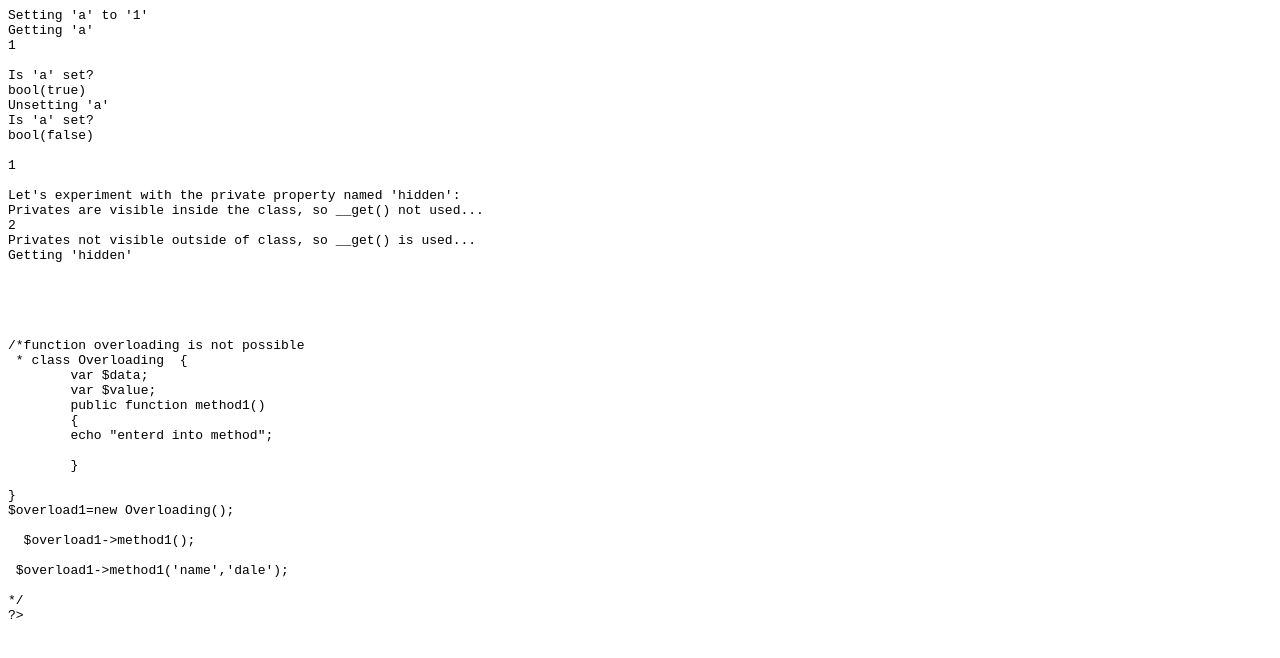
Repository: jyotsna1234/bugappmvc
Page: http://localhost/overloading.php
These files come from the project's save history. The page is drawn as it stood at one moment and after the next save; the edit follows.
The browser window is 1280 px wide. The pictures show the whole page.
The page is run by PHP 8.4 with error messages shown; the project is at /var/www/html/.

Above is the page before, as saved 2014-04-09 04:00:26.

### oops_php/overloading.php
<?php

 ini_set('displayerror', 1);

class PropertyTest
{
    /**  Location for overloaded data.  */
    private $data = array();

    /**  Overloading not used on declared properties.  */
    public $declared = 1;

    /**  Overloading only used on this when accessed outside the class.  */
    private $hidden = 2;

    public function __set($name, $value)
    {
        echo "Setting '$name' to '$value'\n";
        $this->data[$name] = $value;
    }

    public function __get($name)
    {
        echo "Getting '$name'\n";
        if (array_key_exists($name, $this->data)) {
            return $this->data[$name];
        }

        return null;
    }

    /**  As of PHP 5.1.0  */
    public function __isset($name)
    {
        echo "Is '$name' set?\n";
        return isset($this->data[$name]);
    }

    /**  As of PHP 5.1.0  */
    public function __unset($name)
    {
        echo "Unsetting '$name'\n";
        unset($this->data[$name]);
    }

    /**  Not a magic method, just here for example.  */
    public function getHidden()
    {
        return $this->hidden;
    }
}

echo "<pre>\n";

$obj = new PropertyTest;

$obj->a = 1;
echo $obj->a . "\n\n";

var_dump(isset($obj->a));
unset($obj->a);
var_dump(isset($obj->a));
echo "\n";

echo $obj->declared . "\n\n";

echo "Let's experiment with the private property named 'hidden':\n";
echo "Privates are visible inside the class, so __get() not used...\n";
echo $obj->getHidden() . "\n";
echo "Privates not visible outside of class, so __get() is used...\n";
echo $obj->hidden . "\n";
?>




/*function overloading is not possible
 * class Overloading  {
	var $data;
	var $value;
	public function method1()
	{
	echo "enterd into method";

	}

}
$overload1=new Overloading();

  $overload1->method1();

 $overload1->method1('name','dale');

*/
?>

After the next save:
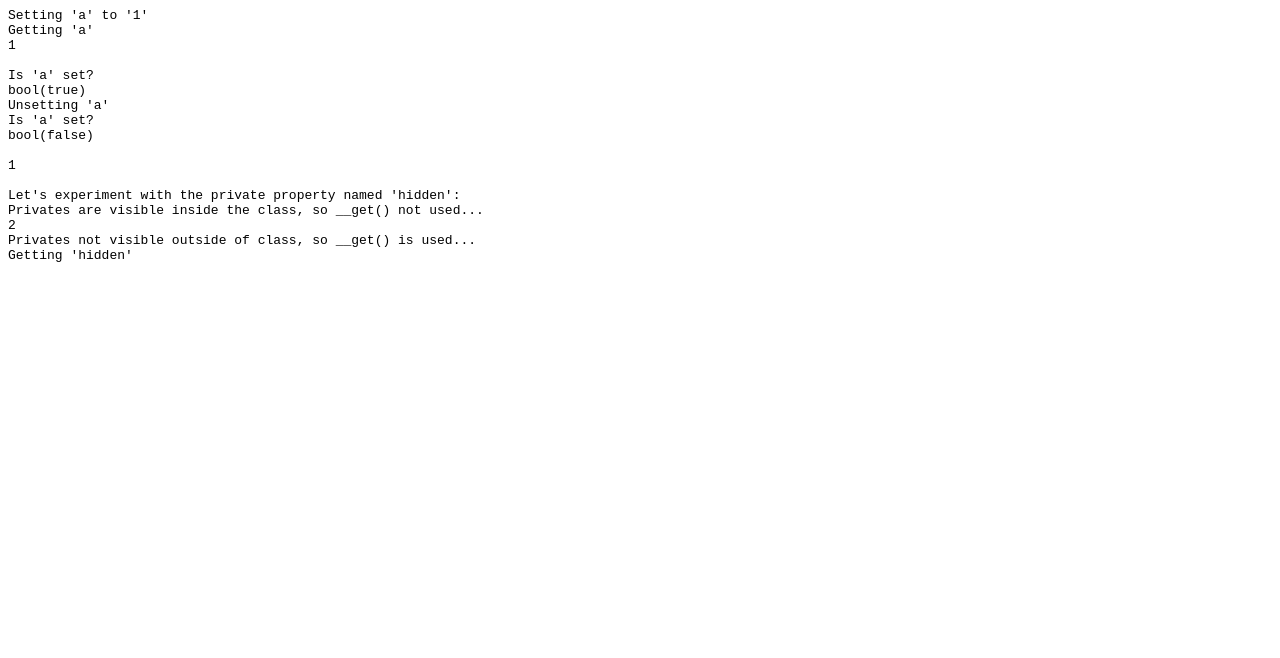
Saved 85 s later.
--- a/oops_php/overloading.php
+++ b/oops_php/overloading.php
@@ -69,7 +69,6 @@ echo "Privates are visible inside the class, so __get() not used...\n";
 echo $obj->getHidden() . "\n";
 echo "Privates not visible outside of class, so __get() is used...\n";
 echo $obj->hidden . "\n";
-?>
 
 
 
